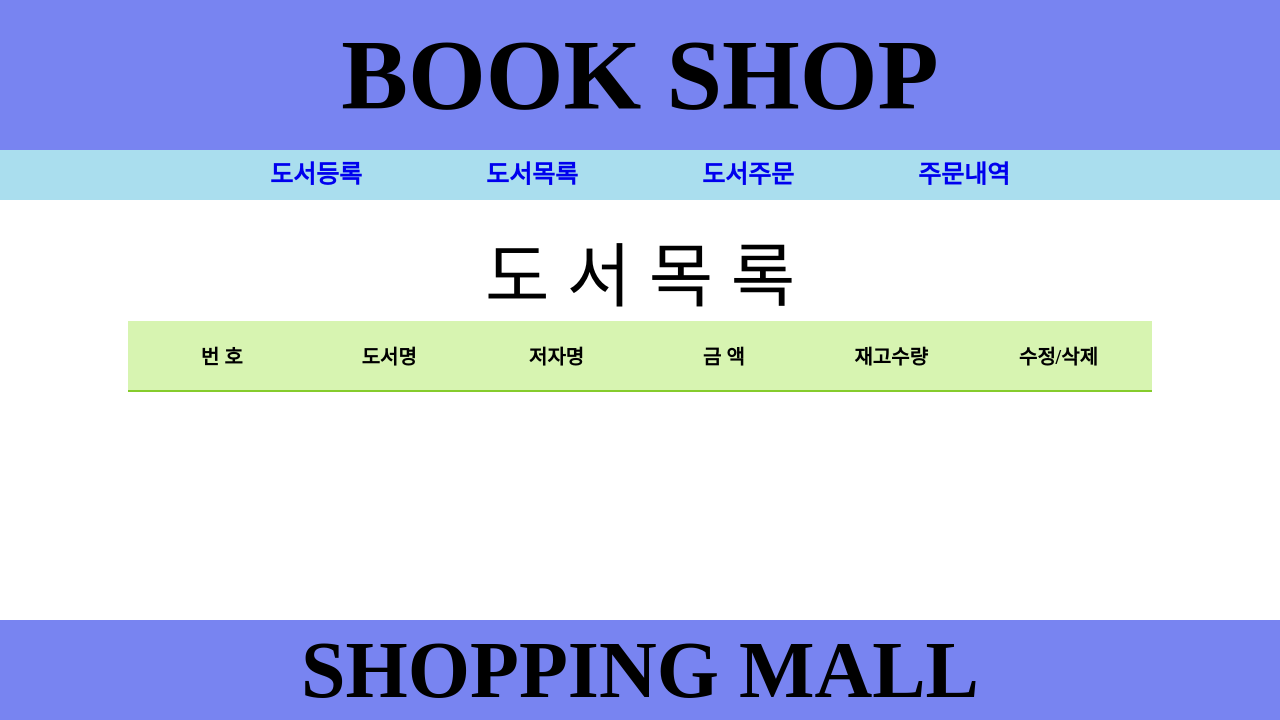
Repository: eunmiyo/BookShop
Page: http://localhost/Book/list
An editor plug-in stored every save of this project. The page is shown before and after the next save, followed by the edit.
The browser window is 1280 px wide. The pictures show the whole page.
The page is served by Tomcat 9. Other server files are loaded and not shown. Queries for data that is not in the repository find no rows.

Above is the page before, as saved 2022-12-29 06:15:09.

### Book/src/main/webapp/list.jsp
<%@ page language="java" contentType="text/html; charset=UTF-8"
    pageEncoding="UTF-8"%>

<%@ taglib prefix="c" uri="http://java.sun.com/jsp/jstl/core"%>
<!DOCTYPE html>
<html>
<head>
<meta charset="UTF-8">
<title>Insert title here</title>
<meta http-equiv="X-UA-Compatible" content="IE=edge" />
<meta name="viewport" content="width=device-width, initial-scale=1.0" />
<link rel="stylesheet" href="style.css">
</head>
<body>
		<%@ include file="top.jsp"%>
			<table class="wap">
				<caption>도 서 목 록</caption>
				<tr class="bar">
					<th>번 호</th>
					<th>도서명</th>
					<th>저자명</th>
					<th>금 액</th>
					<th>재고수량</th>
					<th>수정/삭제</th>
				</tr>
				<c:forEach var="book" items="${bookList}" varStatus="status">
				<tr>
					<td class="list">${book.no }</td>
					<td class="list">${book.title }</td>
					<td class="list">${book.writer }</td>
					<td class="list">${book.price }</td>
					<td class="list">${book.stock }</td>
					<td class="list">
						<a href="modify?no=${book.no }">수정/</a>
						<a onclick="chkDelete(${book.no }); return false;">삭제</a>
					</td>
				</tr>
				</c:forEach>
			</table>
	<%@ include file="footer.jsp"%>

<script type="text/javascript" src="./script.js"></script>
</body>
</html>

### Book/src/main/webapp/top.jsp
<%@ page language="java" contentType="text/html; charset=UTF-8"
    pageEncoding="UTF-8"%>
<!DOCTYPE html>
<html>
<head>
<meta charset="UTF-8">
<title>Insert title here</title>
<link rel="stylesheet" href="style.css">
</head>
<body>
	<header>BOOK SHOP</header>
	<nav>
		<ul>
			<li><a href="add">도서등록</a></li>
			<li><a href="list">도서목록</a></li>
			<li><a href="buy">도서주문</a></li>
			<li><a href="order">주문내역</a></li>
		</ul>
	</nav>
</body>
</html>

### Book/src/main/webapp/footer.jsp
<%@ page language="java" contentType="text/html; charset=UTF-8"
    pageEncoding="UTF-8"%>
<!DOCTYPE html>
<html>
<head>
<meta charset="UTF-8">
<title>Insert title here</title>
<link rel="stylesheet" href="style.css">
</head>
<body>
	<footer>SHOPPING MALL</footer>
</body>
</html>

### Book/src/main/java/Controller/BookController.java
package Controller;

import java.io.IOException;
import java.io.PrintWriter;

import javax.servlet.ServletException;
import javax.servlet.annotation.WebServlet;
import javax.servlet.http.HttpServlet;
import javax.servlet.http.HttpServletRequest;
import javax.servlet.http.HttpServletResponse;

import DAO.BookDAO;

@WebServlet("/")
public class BookController extends HttpServlet {
	private static final long serialVersionUID = 1L;


    public BookController() {
        super();
    }

	protected void doGet(HttpServletRequest request, HttpServletResponse response) throws ServletException, IOException {
		request.setCharacterEncoding("UTF-8");
		doPro(request, response);
	}

	protected void doPost(HttpServletRequest request, HttpServletResponse response) throws ServletException, IOException {
		request.setCharacterEncoding("UTF-8");
		doPro(request, response);
	}

	protected void doPro(HttpServletRequest request, HttpServletResponse response) throws ServletException, IOException {
		String context = request.getContextPath(); // 톰캣의 ContextPath()를 가져온다.(server.xml에서 확인)
		String command = request.getServletPath(); // 경로에 맨 끝 파일명을 가져온다.
		String site = null;

		BookDAO book = new BookDAO();

		switch (command) {
		case "/" :
			site = "bookshop.jsp";
			break;
		case "/add" :
			site = "add.jsp";
			break;
		case "/insert" :
			int result = book.insert(request, response);
			response.setContentType("text/html; charset=UTF-8");
			PrintWriter out = response.getWriter();

			if(result == 1) {
				out.print("<script>");
				out.print("alert('상품이 정상적으로 등록 되었습니다!'); location.href='" + context + "/add';");
				out.print("</script>");
				out.flush();
			} else {
				out.print("<script>");
				out.print("alert('등록실패!'); location.href='" + context + "/add';");
				out.print("</script>");
				out.flush();
			}
			break;
		case "/list" :
			site = book.listAll(request, response);
			break;
		case "/delete" :
			int result2 = book.delete(request, response);
			response.setContentType("text/html; charset=UTF-8");
			out = response.getWriter();

			if(result2 == 1) { //삭제성공
				out.print("<script>");
				out.print("alert('상품삭제가 완료 되었습니다!'); location.href='" + context + "/list';");
				out.print("</script>");
				out.flush();
			} else {
				out.print("<script>");
				out.print("alert('삭제실패!'); location.href='" + context + "/list';");
				out.print("</script>");
				out.flush();
			}
		 break;
		case "/modify" :
			site = book.modify(request, response);
			break;
		case "/update" :
			int result3 = book.update(request, response);
			response.setContentType("text/html; charset=UTF-8");
			out = response.getWriter();

			if(result3 == 1) {
				out.print("<script>");
				out.print("alert('상품수정이 완료 되었습니다!'); location.href='" + context + "/list';");
				out.print("</script>");
				out.flush();
			} else {
				out.print("<script>");
				out.print("alert('수정실패!'); location.href='" + context + "/list';");
				out.print("</script>");
				out.flush();
			}
		 break;
		case "/buy" :
			site = book.buy(request, response);
			break;
		case "/buyList" :
			site = book.buyList(request, response);
			break;
		}

		getServletContext().getRequestDispatcher("/" + site).forward(request, response);
	}
}

### Book/src/main/java/DAO/BookDAO.java
package DAO;

import java.sql.Connection;
import java.sql.DriverManager;
import java.sql.PreparedStatement;
import java.sql.ResultSet;
import java.util.ArrayList;

import javax.servlet.http.HttpServletRequest;
import javax.servlet.http.HttpServletResponse;

import DTO.Book;

public class BookDAO {
	Connection conn = null;
	PreparedStatement ps = null;
	ResultSet rs = null;

	public static Connection getConnection() throws Exception {
		Class.forName("oracle.jdbc.OracleDriver");
		Connection con = DriverManager
				.getConnection("jdbc:oracle:thin:@localhost:1521:xe", "test", "test1234");
		return con;
	}

	//상품등록
	public int insert(HttpServletRequest request, HttpServletResponse response) {
		String title = request.getParameter("title");
		String writer = request.getParameter("writer");
		int price = Integer.parseInt(request.getParameter("price"));
		int stock = Integer.parseInt(request.getParameter("stock"));
		int result = 0;

		try {
			conn = getConnection();
			String sql = "INSERT INTO BOOK_LIST VALUES(BOOK_SEQ.NEXTVAL, ?, ?, ?, ?)";
			ps = conn.prepareStatement(sql);
			ps.setString(1, title);
			ps.setString(2, writer);
			ps.setInt(3, price);
			ps.setInt(4, stock);

			result = ps.executeUpdate();

			conn.close();
			ps.close();

		} catch (Exception e) {
			e.printStackTrace();
		}
		return result;
	}

	//상품조회
	public String listAll(HttpServletRequest request, HttpServletResponse response) {
		ArrayList<Book> bookList = new ArrayList<Book>();

		 try {
			 conn = getConnection();
			 String sql = "SELECT * FROM BOOK_LIST";

			ps = conn.prepareStatement(sql);
			rs = ps.executeQuery();

			while(rs.next()) {
				Book book = new Book();
				book.setNo(rs.getInt(1));
				book.setTitle(rs.getString(2));
				book.setWriter(rs.getString(3));
				book.setPrice(rs.getInt(4));
				book.setStock(rs.getInt(5));

				bookList.add(book);
			}
			request.setAttribute("bookList", bookList);

			conn.close();
			rs.close();

		 	} catch (Exception e) {
				e.printStackTrace();
		 	}

		 return "list.jsp";
	}

	//상품삭제하기
	public int delete(HttpServletRequest request, HttpServletResponse response) {
		int result = 0;

		try {
			conn = getConnection();
			int no = Integer.parseInt(request.getParameter("no"));
			String sql = "DELETE FROM BOOK_LIST WHERE BOOK_NO = " + no;

			ps = conn.prepareStatement(sql);
			result = ps.executeUpdate(); //쿼리문 실행

			conn.close();
			ps.close();

		} catch (Exception e) {
			e.printStackTrace();
		}

		return result;
	}

	//상품수정 전 화면 보여주기
	public String modify(HttpServletRequest request, HttpServletResponse response) {
		try {
			conn = getConnection();
			int no = Integer.parseInt(request.getParameter("no"));

			String sql = "SELECT TITLE, WRITER, PRICE, STOCK FROM BOOK_LIST WHERE BOOK_NO = " + no;

			ps = conn.prepareStatement(sql);
			rs = ps.executeQuery();

			Book book = new Book();

			if(rs.next()) {
				book.setTitle(rs.getString(1));
				book.setWriter(rs.getString(2));
				book.setPrice(rs.getInt(3));
				book.setStock(rs.getInt(4));
			}

			request.setAttribute("book", book);

			conn.close();
			ps.close();
			rs.close();

		} catch (Exception e) {
			e.printStackTrace();
		}

		return "modify.jsp";
	}

	//상품수정
	public int update(HttpServletRequest request, HttpServletResponse response) {
		String title = request.getParameter("title");
		String writer = request.getParameter("writer");
		int price = Integer.parseInt(request.getParameter("price"));
		int stock = Integer.parseInt(request.getParameter("stock"));
		int result = 0;

		try {
			conn = getConnection();

			String sql = "UPDATE BOOK_LIST SET WRITER = ?, "
					+ "PRICE = ?, STOCK = ? "
					+ "WHERE TITLE = ? ";

			ps = conn.prepareStatement(sql);
			ps.setString(1,writer);
			ps.setInt(2, price);
			ps.setInt(3, stock);
			ps.setString(4, title);

			result = ps.executeUpdate();

			conn.close();
			ps.close();

		} catch (Exception e) {
			e.printStackTrace();
		}
		return result;
	}

	//구매 도서 리스트
	public String buy(HttpServletRequest request, HttpServletResponse response) {
		ArrayList<Book> bookList = new ArrayList<Book>();

		 try {
			 conn = getConnection();
			 String sql = "SELECT TITLE, WRITER, PRICE FROM BOOK_LIST";

			ps = conn.prepareStatement(sql);
			rs = ps.executeQuery();

			while(rs.next()) {
				Book book = new Book();
				book.setTitle(rs.getString(1));
				book.setWriter(rs.getString(2));
				book.setPrice(rs.getInt(3));

				bookList.add(book);
			}

			request.setAttribute("bookList", bookList);

			conn.close();
			rs.close();

		 	} catch (Exception e) {
				e.printStackTrace();
		 	}

		 return "buy.jsp";
	}

	//구매 리스트
	public String buyList(HttpServletRequest request, HttpServletResponse response) {
		String title = request.getParameter("title");
		String writer = request.getParameter("writer");
		int price = Integer.parseInt(request.getParameter("price"));
		int count = Integer.parseInt(request.getParameter("count"));

		try {
			conn = getConnection();
			String sql = "INSERT INTO BOOK_ORDER VALUES(?, ?, ?, ?);";
			ps = conn.prepareStatement(sql);
			ps.setString(1, title);
			ps.setString(2, writer);
			ps.setInt(3, price);
			ps.setInt(4, count);

			ps.executeUpdate();

			conn.close();
			ps.close();

		} catch (Exception e) {
			e.printStackTrace();
		}
		return "buyList";
	}
}

### Book/src/main/webapp/style.css
@charset "UTF-8";

* {
	margin: 0;
	padding: 0;
}

header {
	top: 0;
	width: 100%;
	text-align: center;
	background: #7884F1;
	color: black;
	height: 150px;
	line-height: 150px;
	font-size: 100px;
	font-weight: bold;
}

nav ul {
	height: 50px;
	line-height: 50px;
	width: 100%;
	background: #AADEEE;
	color: black;
	text-align: center;
}

nav ul li {
	list-style: none;
	padding: 0 60px;
	display: inline-block;
	font-weight: bold;
	font-size: 25px;
}

section {
	position: absolute;
	overflow: auto;
	width: 100%;
	height: 100%;
	background: white;
}

a {
	text-decoration: none;
}

a:hover {
	cursor: pointer;
}

img {
	margin: auto;
    display: block;
    padding: 100px;
    width: 40%;
}

caption {
	font-size: 70px;
	margin-top: 20px;
	text-align: center;
}

table {
	padding-top: 50px;
	background: #D7F4B1;
	margin-left:auto;
    margin-right:auto;
    border-collapse: collapse;
	font-size: 20px;
	width: 50%;
}

.buyList {

}

.wap {
	border-collapse: collapse;
	width: 80%;
	height: 80%;
}

.buyList {
	border-collapse: collapse;
	width: 80%;
	height: 80%;
}

.bar {
	border-bottom: 2px solid #86CC2C;
}

tr, td, th {
	display: flex;
	justify-content: center;
	align-items: center;
	padding: 10px;
}

th{
	width: 20%;
}

.list{
	width: 20%;
	padding: 0;
}

input {
	height: 30px;
	width: 300px;
}

b {
	margin-left: 10px;
}

.count {
	margin-left: 5px;
	height: 30px;
	width: 80px;
}

.btn {
	padding: 0.4rem 1rem;
	border-radius: 0.4rem;
	font-size: 20px;
	margin-left: 20px;
	text-align: center;
}

select {
	width: 300px;
	padding: .8em .5em;
	border: 1px solid #999;
	font-family: inherit;
	border-radius: 0px;
}

footer {
	position: fixed;
	bottom: 0;
	width: 100%;
	text-align: center;
	background: #7884F1;
	color: black;
	height: 100px;
	line-height: 100px;
	font-size: 80px;
	font-weight: bold;
}

### Book/src/main/webapp/script.js
function fn_submit() {
	var f = document.frm;

	if(f.title.value == "") {
		alert("도서명이 입력되지 않았습니다!")
		f.title.focus();
		return false;
	}

	if(f.writer.value == "") {
		alert("저자명이 입력되지 않았습니다!")
		f.writer.focus();
		return false;
	}

	if(f.price.value == "") {
		alert("금액이 입력되지 않았습니다!")
		f.price.focus();
		return false;
	}

	if(f.stock.value == "") {
		alert("재고수량이 입력되지 않았습니다!")
		f.stock.focus();
		return false;
	}

	f.submit();
}

function chkDelete(no) {
	const result = confirm("삭제하시겠습니까?");

	if(result){
			const url = location.origin; //'http://localhost:8090'
			location.href = url + "/Book/delete?no=" + no; //페이지이동

		} else {
			return false;
		}
}

function bookadd() {
  var book = $(".bar select").val();
  var cnt = $(".count").val();
  var test = book.split("/");

  console.log(test[0]);
  console.log(test[1]);
  console.log(test[2]);

  var tdbookname = "<td>" + test[0] + "</td>";
  var tdbookperson = "<td>" + test[1] + "</td>";
  var tdbookprice = "<td>" + test[2] + "</td>";
  var tdbookcnt = "<td>" + cnt + "</td>";
  var tddelbtn = "<td><button>삭제</button></td>";

 var tr = "<tr>" + tdbookname + tdbookperson + tdbookprice + tdbookcnt + tddelbtn + "</tr>";

 var table = $(".buyList");
 table.append(tr);

}

After the next save:
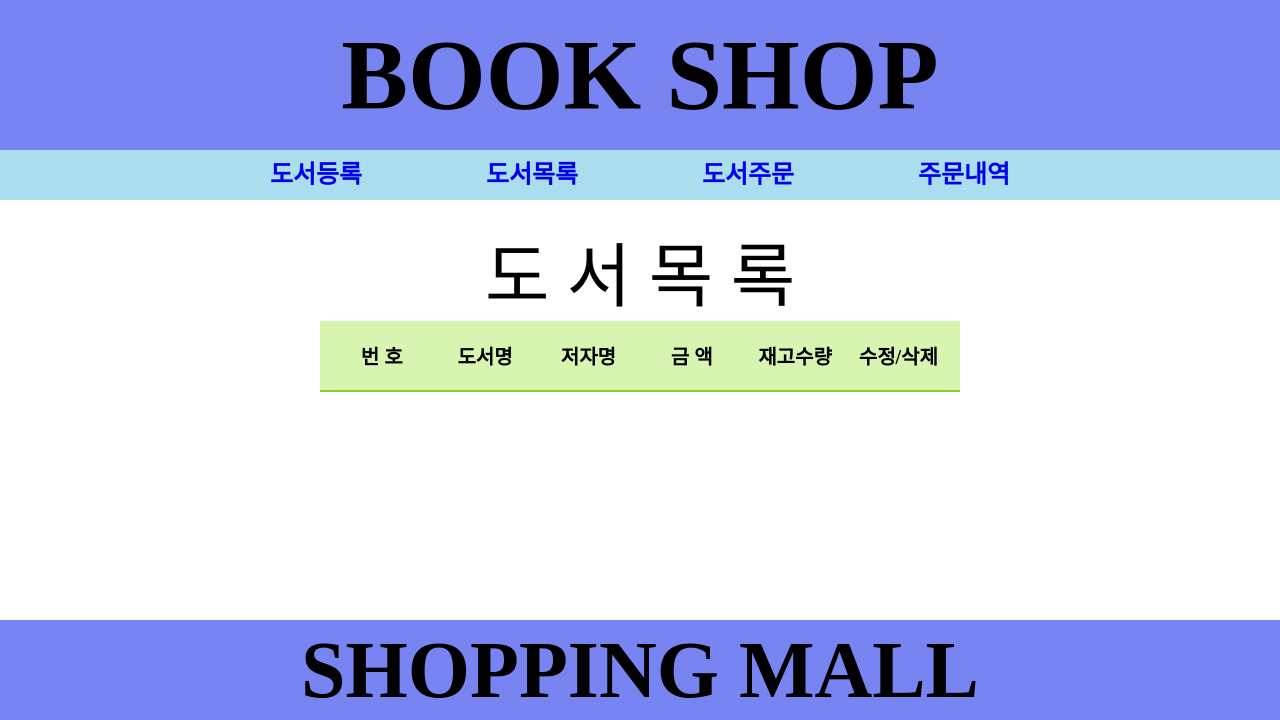
Saved 37 s later.
--- a/Book/src/main/webapp/list.jsp
+++ b/Book/src/main/webapp/list.jsp
@@ -12,8 +12,9 @@
 <link rel="stylesheet" href="style.css">
 </head>
 <body>
-		<%@ include file="top.jsp"%>
-			<table class="wap">
+	<%@ include file="top.jsp"%>
+
+			<table class="booklist">
 				<caption>도 서 목 록</caption>
 				<tr class="bar">
 					<th>번 호</th>
@@ -37,6 +38,7 @@
 				</tr>
 				</c:forEach>
 			</table>
+
 	<%@ include file="footer.jsp"%>
 
 <script type="text/javascript" src="./script.js"></script>
